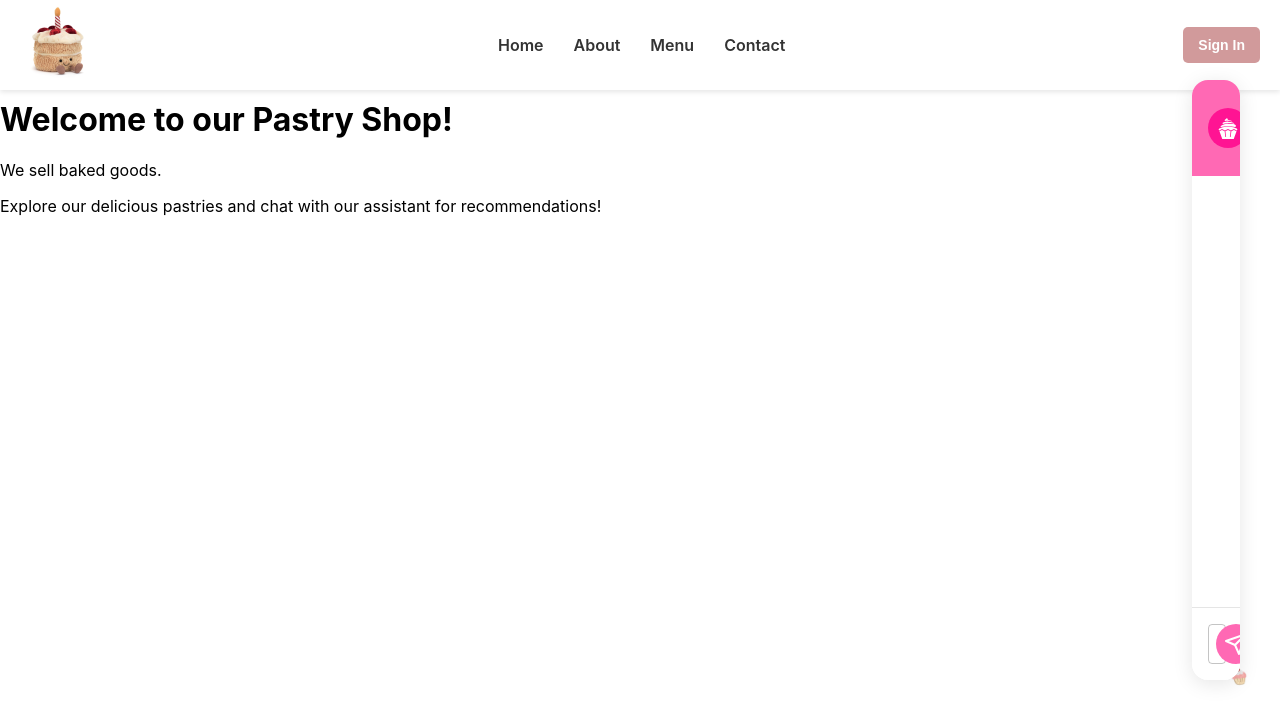
Repository: agrnerd17/Website-Chatbot
Page: / (app in pastry-chatbot/)
An editor plug-in stored every save of this project. The page is shown before and after the next save, followed by the edit.
The browser window is 1280 px wide. The pictures show the whole page.
The project was rebuilt for these pictures with package versions that can differ from the ones it lists, and the page was loaded fresh each time. Also part of the build but not shown: pastry-chatbot/src/components/Chatbot.js, pastry-chatbot/src/styles/ChatbotIcon.css.

Above is the page before, as saved 2024-12-08 19:36:21.

After the next save:
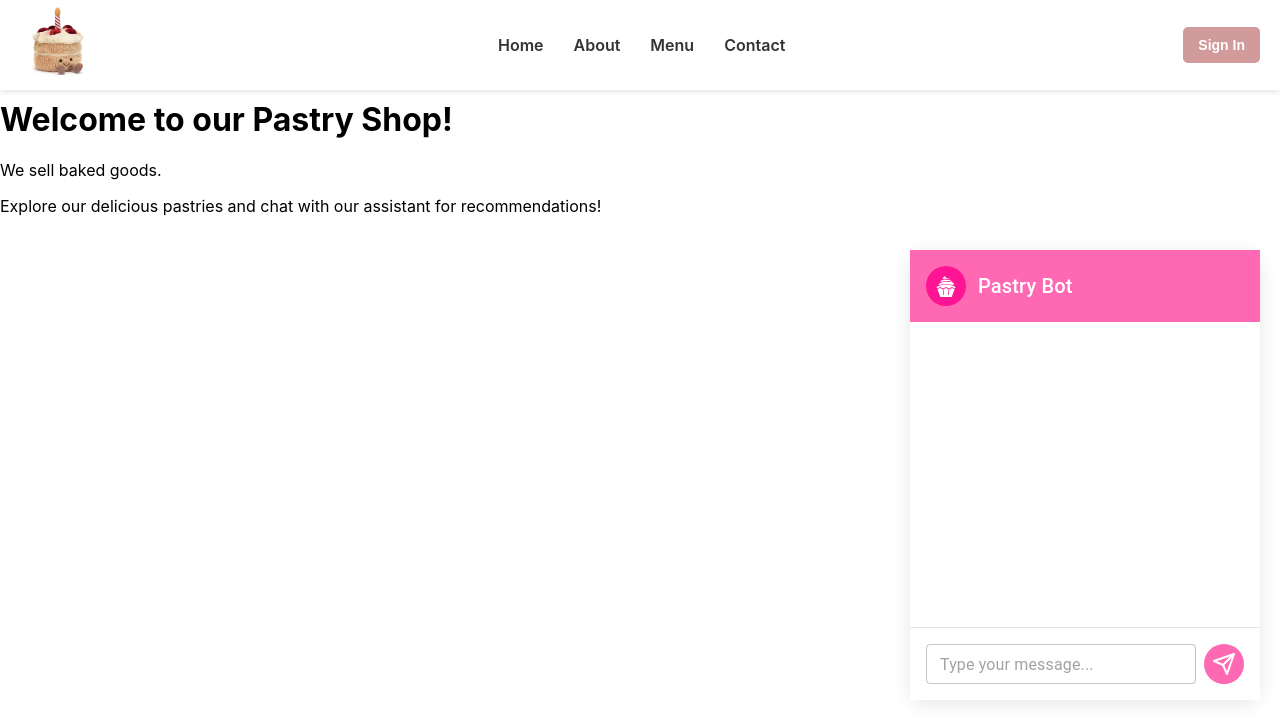
Saved 2 min 53 s later.
--- a/pastry-chatbot/src/components/PastryBot.js
+++ b/pastry-chatbot/src/components/PastryBot.js
@@ -1,33 +1,43 @@
 import React, { useState, useEffect, useRef } from "react";
-import axios from "axios";
-import { Box, Paper, TextField, IconButton, Typography, Avatar, Chip, Stack, Container } from "@mui/material";
+import {
+  Box,
+  Paper,
+  TextField,
+  IconButton,
+  Typography,
+  Avatar,
+  Stack,
+  Container
+} from "@mui/material";
 import { styled } from "@mui/system";
 import { FiSend } from "react-icons/fi";
 import { GiCupcake } from "react-icons/gi";
-import {getChatbotResponse} from "../api/cohereAPI";  // Import the API key from cohereAPI.js
+import { getChatbotResponse } from "../api/cohereAPI"; // Adjust the import if needed
 
-// Styled components
+// Styled components for layout
 const ChatContainer = styled(Paper)(({ theme }) => ({
-  height: "600px",
-  width: "100%",
+  position: "fixed",
+  bottom: "20px", // Position it at the bottom right corner
+  right: "20px", // Right corner of the screen
+  width: "350px", // Adjust width for better fit
   maxWidth: "400px",
+  height: "450px", // Adjust height if needed
+  borderRadius: "16px",
   display: "flex",
   flexDirection: "column",
-  position: "absolute",
-  bottom: "20px",
-  right: "20px", // Position the chatbot at the bottom-right corner
-  borderRadius: "16px",
-  overflow: "hidden",
-  boxShadow: "0 4px 20px rgba(0, 0, 0, 0.1)"
+  boxShadow: "0 4px 20px rgba(0, 0, 0, 0.1)",
+  backgroundColor: "#fff",
+  zIndex: 999, // Ensure it floats on top of other content
 }));
 
 const MessageContainer = styled(Box)({
   flex: 1,
   overflowY: "auto",
-  padding: "20px",
+  padding: "16px",
   display: "flex",
   flexDirection: "column",
-  gap: "12px"
+  gap: "12px",
+  maxHeight: "350px", // Ensure the chat area doesn't overflow
 });
 
 const InputContainer = styled(Box)({
@@ -35,16 +45,17 @@ const InputContainer = styled(Box)({
   borderTop: "1px solid rgba(0, 0, 0, 0.1)",
   display: "flex",
   gap: "8px",
-  backgroundColor: "#fff"
+  backgroundColor: "#fff",
+  alignItems: "center",
 });
 
 const Header = styled(Box)({
   padding: "16px",
-  backgroundColor: "#FF69B4",
+  backgroundColor: "#FF69B4", // Adjusted for a more vibrant look
   color: "white",
   display: "flex",
   alignItems: "center",
-  gap: "12px"
+  gap: "12px",
 });
 
 const PastryBot = () => {
@@ -74,24 +85,9 @@ const PastryBot = () => {
     setInput("");
 
     try {
-      const response = await axios.post(
-        "https://api.cohere.ai/generate",
-        {
-          model: "xlarge", // Specify your desired Cohere model
-          prompt: `You are a friendly pastry shop assistant. Respond to: "${input}"`,
-          max_tokens: 50,
-          temperature: 0.7,
-        },
-        {
-          headers: {
-            Authorization: `Bearer ${getChatbotResponse}`, // Use imported API key
-            "Content-Type": "application/json",
-          },
-        }
-      );
-
+      const response = await getChatbotResponse(input); // Call Cohere API to get the bot's response
       const botMessage = {
-        text: response.data.generated_text, // Response from Cohere API
+        text: response,
         sender: "bot",
         time: new Date().toLocaleTimeString([], { hour: "2-digit", minute: "2-digit" }),
       };
@@ -126,19 +122,18 @@ const PastryBot = () => {
                 </Avatar>
               )}
               <Box>
-                <Chip
-                  label={message.text}
+                <Typography
+                  variant="body1"
                   sx={{
                     maxWidth: "280px",
-                    height: "auto",
-                    "& .MuiChip-label": {
-                      whiteSpace: "normal",
-                      padding: "8px 12px"
-                    },
+                    padding: "8px 12px",
+                    borderRadius: "16px",
                     backgroundColor: message.sender === "user" ? "#FF69B4" : "#f0f0f0",
-                    color: message.sender === "user" ? "white" : "black"
+                    color: message.sender === "user" ? "white" : "black",
                   }}
-                />
+                >
+                  {message.text}
+                </Typography>
                 <Typography variant="caption" color="textSecondary" sx={{ pl: 1 }}>
                   {message.time}
                 </Typography>
